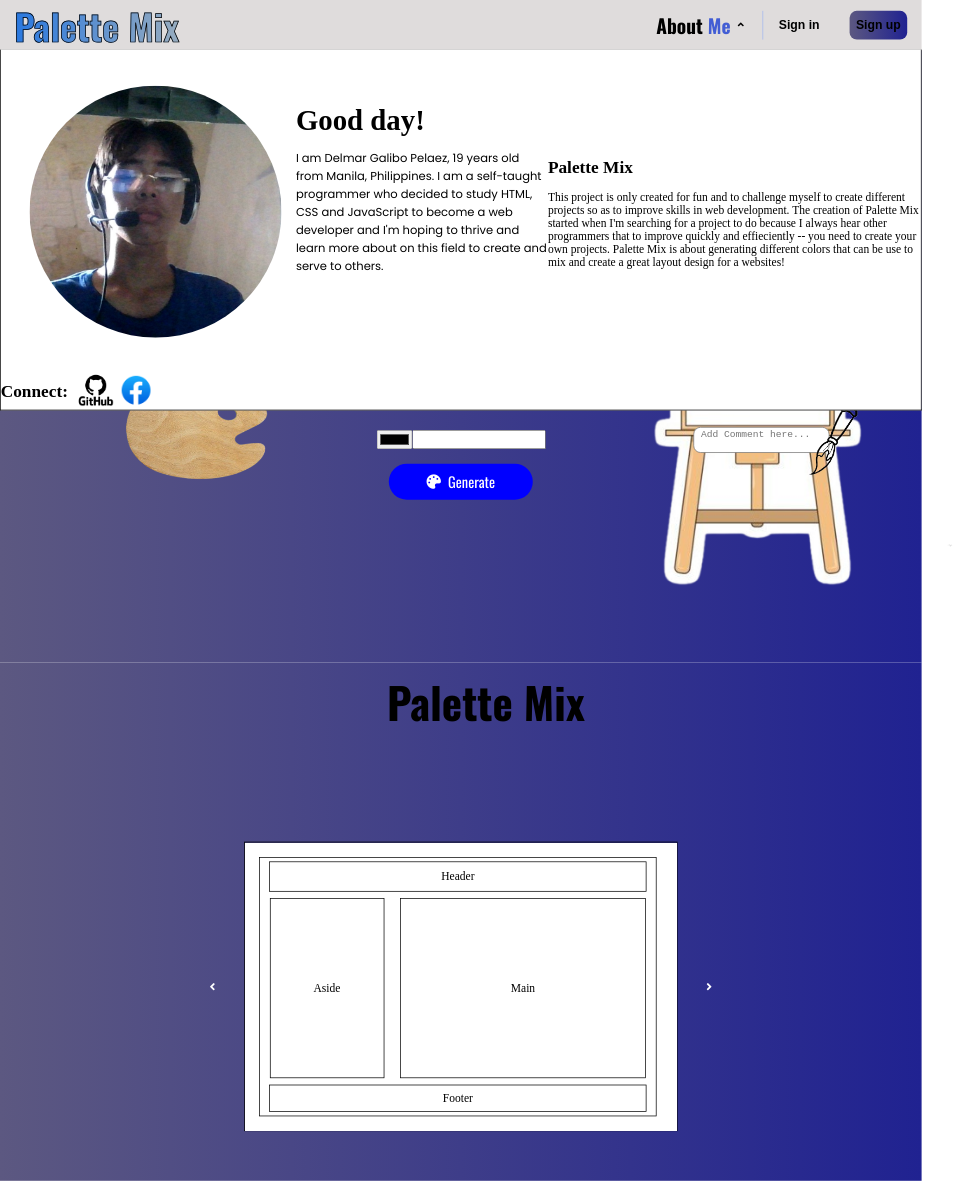
Repository: dmpelaez/Login-Signup-form
Page: Color/colorHeader.html
An editor plug-in stored every save of this project. The page is shown before and after the next save, followed by the edit.
The browser window is 1280 px wide. The page is 1353 px wide, so the pictures cover 1353 px, including what lies to the right of the window. The pictures show the whole page, at 72% of full size.
Some web libraries are served in a nearby version.

Above is the page before, as saved 2025-12-12 18:30:43.

### Color/colorHeader.html
<!DOCTYPE html>

  <html lang="en" dir="ltr">

    <head>

      <title>Palette Mix</title>
      <!--Style-->
      <link rel="stylesheet" href="colorHeader.css">
      <link rel="stylesheet" href="colorMain.css">
      <link rel="stylesheet" href="https://cdnjs.cloudflare.com/ajax/libs/font-awesome/5.14.0/css/all.min.css">
    </head>
    <body>

      <header class="color-header">
        <!--Title-->
        <a href="colorHeader.html">
          <section id="title" class="color-title">
            Palette Mix
          </section>
        </a>

        <!--End-->

        <!--Right side navigation bar-->
        <section class="navigation-bar">

          <!--About me-->
          <button class="about-me">
            <span class="aboutme">About <span class="me-text">Me</span></span>
            <i class="fas fa-angle-up"></i>
          </button>

          <!--Login & Signup form-->
          <div class="signin-signup">
            <button class="sign-in">
              Sign in
            </button>
            <button class="sign-up">
              Sign up
            </button>
          </div>
        </section>
        <!--End-->
        <div class="aboutmeSection">
          <div class="sectionAboutme">

            <img class="imageofme" alt="Creator Image" src="WIN_20241001_13_05_33_Pro.jpg">
            <P class="gd">Good day!</P>
            <p class="introduction">
              I am Delmar Galibo Pelaez, 19 years old from Manila, Philippines.
              I am a self-taught programmer who decided to study HTML, CSS and JavaScript to become
              a web developer and I'm hoping to thrive and learn more about on this field to create and serve to others.
            </p>

          </div>

          <div class="aboutThisProject">
            <h2 class="info-project">Palette Mix</h2>
            <p class="infoPalette">
              This project is only created for fun and to challenge myself to create different projects so as to improve skills in web development.
              The creation of Palette Mix started when I'm searching for a project to do because I always hear other programmers that to improve quickly and effieciently --
              you need to create your own projects. Palette Mix is about generating different colors that can be use to mix and create a great layout design for a websites!
            </p>
          </div>

          <div class="connectSection">
            <div class="contacts">
              <h2 class="connect-text">Connect:</h2>
              <a class="githubLink" href="#" target="_blank">
                 <img class="github" alt="Github" src="download__1_-removebg-preview.png">
              </a>
              <a class="facebook"  href="#" target="_blank">
                <img class="fb"  alt="Facebook" src="facebook-logo (1).png">
              </a>
            </div>

          </div>

        </div>


      </header>

      <main class="mainpage">

        <!--Main page-->
        <div class="main-page">

          <section class="title1">

            <h1 class="intro">Your color palettes generator!</h1>

            <h3 class="little-info">Create the perfect palette and get inspired by thousands of beautiful color schemes.</h3>
            <div class="sliding">
              <div class="colors">
              </div>
              <div class="colors2">
              </div>
              <div class="colors3">
              </div>
               <div class="colors4">
              </div>
            </div>

            <div class="colorSearch">
              <input type="color" class="colorbox">
              <Input type="text"  class="textbox">
              <img class="brush" src="brush.png">
              <img class="plate" src="plate.png">
              <img class="board" src="board.png">
                <div class="comment-section">
                  <h3 class="comment-text">Comment Here!</h3>
                  <ul class="comment-list"></ul>
                  <textarea class="comment-input" placeholder="Add Comment here..."></textarea>
                </div>
              </img>

            </div>

            <button class="generator">
              <i class="fas fa-palette"></i>
              Generate
            </button>
          </section>


        </div>

        <div class="theWhole">
          <div class="paletteText">Palette Mix</div>
          <div class="colorGenerator">
          </div>

          <div class="wholeDesign">
          <i id="leftIcon" class="fas fa-angle-left"></i>
              <div class="divBox">

            <!--Design 1-->


            <div class="divScroll">
              <div  class="div1">
                <div id="randomBox1" class="divpage1">
                  <header id="randomBox2" class="headerDiv1">Header</header>
                  <main  id="randomBox3" class="mainDiv1">
                    <div id="randomBox4" class="asideDiv1">Aside</div>
                    <div id="randomBox5" class="frontDiv1">Main</div>
                  </main>
                  <footer id="randomBox7" class="footerDiv1">Footer</footer>
                </div>
              </div>
              <!--Design 2-->
              <div  class="div2">
                <div id="randomBox1" class="divpage2">
                  <header id="randomBox2" class="headerDiv2">Header</header>
                    <div id="randomBox4" class="asideDiv2">Aside</div>
                    <div id="randomBox5" class="frontDiv2">Main</div>
                  <footer id="randomBox7" class="footerDiv2">Footer</footer>
                </div>
              </div>

              <!--Design 3-->

              <div  class="div3">
                <div id="randomBox1" class="divpage3">
                  <header id="randomBox2" class="headerDiv3">Header</header>
                    <div class="navBar">Navigation</div>
                    <div id="randomBox4" class="asideDiv3">Aside</div>
                    <div id="randomBox4" class="asideDiv32">Aside</div>
                    <div id="randomBox5" class="frontDiv3">Main</div>

                  <footer id="randomBox7" class="footerDiv3">Footer</footer>
                </div>
              </div>

            </div>
          </div>
          <i id="rightIcon"class="fas fa-angle-right"></i>



        </div>

        </div>


      </main>


      <script type="module" src="color.js"></script>

    </body>

  </html>

### Color/colorHeader.css
@import url('https://fonts.googleapis.com/css2?family=Anton&family=Oswald:wght@200..700&family=Poppins:ital,wght@0,100;0,200;0,300;0,400;0,500;0,600;0,700;0,800;0,900;1,100;1,200;1,300;1,400;1,500;1,600;1,700;1,800;1,900&family=Roboto:ital,wght@0,100..900;1,100..900&display=swap');

body {
  margin: 0;
  padding: 0;
}

.color-header {
  display: flex;
  justify-content: space-between;
  align-items: center;
  padding-left: 20px;
  padding-right: 20px;
  background: rgb(223, 220, 220);
  box-sizing: border-box;
  position: fixed;
  right: 0;
  left: 0;
  top: 0;
  height: 70px;
  border-bottom: 1px solid gray;
  z-index: 2;
}
@media (max-width: 670px) {
  .color-header {
    gap: 30px;
  }
}

a {
  text-decoration: none;
  flex-shrink: 0;
}

.color-title {
font-family: "Oswald", sans-serif;
font-weight: bold;
display: flex;
height: 50px;
font-size: 50px;
justify-content: start;
align-items: center;
-webkit-text-stroke: 1px black;
background: linear-gradient(90deg, rgb(41, 120, 224), rgb(150, 171, 190));
-webkit-background-clip: text;
-webkit-text-fill-color: transparent;
transition: all 0.3s ease;
cursor: pointer;
flex-shrink: 0;
}




.navigation-bar {
  display: Flex;
  justify-content: space-between;
  align-items: center;
  gap: 20px;
  height: 50px;
}
.signin-signup {
  display: Flex;
  border-left: 1px solid rgb(162, 183, 240);
  justify-content: space-between;
  align-items: center;
  gap: 30px;
  height: 40px;
  padding-left: 10px;
}

.sign-up {
  height: 40px;
  width: 80px;
  border-radius: 10px;
  border: none;
  background: transparent;
  color: black;
  font-family: arial;
  font-weight: bold;
  font-size: 17px;
  cursor: pointer;
  background: linear-gradient(90deg, rgb(92, 88, 129), rgb(32, 34, 145));
}
.sign-in {
  height: 40px;
  width: 80px;
  border-radius: 10px;
  border: none;
  background: transparent;
  color: black;
  font-family: arial;
  font-weight: bold;
  font-size: 17px;
  cursor: pointer;

}
.sign-in:hover,
.sign-up:hover {
background: linear-gradient(90deg, rgb(92, 88, 129), rgb(32, 34, 145));
  color: white;
}
.about-me {
  display: flex;
  justify-content: space-evenly;
  height: 40px;
  align-items: center;
  background-color: transparent;
  border: none;
  cursor: pointer;
  border-radius: 5px;
  flex-shrink: 0;
}
.about-me:hover {
  color: white;
  background: linear-gradient(90deg, rgb(92, 88, 129), rgb(32, 34, 145));
}
.aboutme {
  font-weight: bold;
  font-size: 27px;
  font-family: "Oswald";

}

.me-text {
  margin-right: 10px;
  color: rgb(66, 93, 212);
}

### Color/colorMain.css
@import url('https://fonts.googleapis.com/css2?family=Anton&family=Luckiest+Guy&family=Oswald:wght@200..700&family=Poppins:ital,wght@0,100;0,200;0,300;0,400;0,500;0,600;0,700;0,800;0,900;1,100;1,200;1,300;1,400;1,500;1,600;1,700;1,800;1,900&family=Roboto:ital,wght@0,100..900;1,100..900&display=swap');

body {
  height: 1580px;
}

.mainpage {
margin-top: 70px;
display: grid;
max-width: 1900px;
flex-shrink: 0;
position: relative;
}



.main-page {

}
.intro {
  font-weight: bold;
  font-size: 95px;
  white-space: wrap;
  font-family: "Oswald";
  flex-shrink: 0;
  display: flex;
  margin: 0px;
}


.aboutmeSection {
  display: grid;
  position: absolute;
  border: 1px solid black;
  background-color: white;
  left: 0;
  top: 100%;
  right: 0%;
  border-top: none;
  height: 500px;
  justify-content: space-between;
  align-items: center;
  grid-template-columns: 1fr 1fr;
  grid-template-rows: 1fr 50px;
}
.sectionAboutme {
  display: flex;
  height: 200px;
  justify-content: center;
 align-items: center;
 position: relative;
 gap: 20px;
 padding-left: 40px;
}
.imageofme {
  width: 350px;
  height: 350px;
  object-fit: cover;
  border-radius: 50%;
}
.introduction {
  width: 350px;
  font-family: "Poppins";
}
.gd {
  font-weight: bold;
  font-size: 40px;
  white-space: nowrap;
  position: absolute;
  top: -90px;
  left: 410px;
}
.contacts {
  display: flex;
  align-items: center;
}
.fb {
  width: 40px;

}
.github {
  width: 75px;
}




.title1 {
  display: flex;
  flex-direction: column;
    width: 100%;
  height: 800px;
  justify-content: start;
  position: relative;
  padding-top: 50px;
  align-items: center;
 background: linear-gradient(90deg, rgb(92, 88, 129), rgb(32, 34, 145));
 transition: background 6s ease;

}


.animate-gradient {
  animation: gradientShift 6s infinite alternate;
}

.little-info {

  font-size: 19px;
  color: rgb(0, 0, 0);
  font-family: "Poppins";
}

.letters {
  display: inline-block;
  margin: 2px;
}

.letters:hover {
  cursor: pointer;
  transition: text-shadow 0.3s ease;

  animation: wiggle 0.2s infinite alternate;
}


@keyframes wiggle {
  from {transform: translateX(0);}
  to {transform: translateX(-10px);}
}
.colors,
.colors2,
.colors3,
.colors4  {
  display: flex;

   width: 500px;
  height: 150px;
  justify-content: center;

   gap: 10px;
}
.colors div,
.colors2 div,
.colors3 div,
.colors4 div {
  display: Flex;
  height: 145px;
  flex-direction: row;
  width: 200px;
  justify-content: center;
}
.box {
  display: Flex;
  align-items: center;
  justify-content: center;
  font-weight: bold;
  font-size: 19px;
  text-transform: uppercase;
  cursor: pointer;

  border-radius: 10px;
}
.sliding {

  height: 250px;
 position: relative;
 overflow: hidden;
 margin-bottom: 20px;
}
.colors,
.colors2,
.colors3,
.colors4 {
  animation: scrollUp 6s linear infinite;

}


@keyframes scrollUp {
  0%   { transform: translateY(0); }
  25%   { transform: translateY(-50%); }
  50%   { transform: translateY(-100%); }
  75%   { transform: translateY(-150%); }
  100% { transform: translateY(-205%); }
}

.colorSearch {
  display: Flex;
  position: relative;
}
.brush {
  position: absolute;
  width: 300px;
  object-fit: cover;
  z-index: 1;
  top: -250px;
  right: -580px;
  pointer-events: none;
}
.plate {
  position: absolute;
  width: 200px;
  left: -350px;
  top: -70px;


}
.board {
  position: absolute;
  width: 600px;
  top: -330px;
  left: 230px;
  pointer-events: none;
}

.comment-section {
  position: absolute;
  right: -394px;
  bottom: -20%;
  display: flex;
  flex-direction: column;
  height: 250px;
  justify-content: end;
  text-align: center;

}
.comment-list {
position: absolute;
bottom: 10%;
display: flex;
align-items: left;
justify-content: start;

gap: 10px;
height: 140px;
width: 189px;
padding: 0;
left: -16px;
flex-direction: column;
overflow-y: scroll;
padding-left: 10px;
}
.comment-text {
  margin: 0px;
  Position: absolute;
  top: 45px;
  left: 20px;
  white-space: nowrap;
}
.comment-input {
display: flex;
position: initial;
padding-left: 10px;
text-align: middle;
align-items: center;
justify-content: center;
border-radius: 10px;
outline: none;
}
.comments {
  display: flex;
  justify-content: start;
  text-align: left;
  width: 160px;
  white-space: normal;
  word-wrap: break-word;
  word-break: break-all;
  overflow-wrap: break-word;
  border: 1px solid gray;
  padding: 10px;
  padding-right: 0px;
}


.generator {
  display: flex;
  background: blue;
  border: none;
  border-radius: 50px;
  height: 50px;
  align-items: center;
  justify-content: center;
  margin-top: 20px;
  width: 200px;
  font-family: "Oswald";
  font-size: 20px;
  color: white;
  cursor: pointer;
}
.generator i {
  margin-right: 10px;
}

.colorGenerator {
  display: flex;


  height: 200px;
  width: 100%;
  align-self: center;
 justify-self: center;
 align-items: center;
 justify-content: center;
 gap: 10px;

}
.generateColor {
  display: flex;
  border-width: 1px;
  border-radius: solid;
  width: 200px;
  height: 100px;
  justify-content: center;
  align-items: center;
  cursor: pointer;
  color: black;
}

.paletteText {
  font-weight: bold;
  font-family: "Oswald";
  font-size: 60px;
  position: absolute;
  left: 42%;
  top: 0;
  right: 50%;
  white-space: nowrap;
  top: 10px;

}

.theWhole {
  height: 100vh;
  display: flex;
  flex-direction: column;
  justify-content: center;
  align-items: center;
  position: relative;
 background: linear-gradient(90deg, rgb(92, 88, 129), rgb(32, 34, 145));
}

.divBox {
  border: 1px solid black;
  height: 400px;
  width: 600px;
  display: flex;
  align-items: center;
  justify-content: center;
  align-self: center;
  justify-self: center;
  gap: 20px;
  background-color: white;
  overflow-x: auto;
  scroll-behavior: smooth;
  position: relative;
}
.divBox::-webkit-scrollbar {
  display: none;
}
.wholeDesign {
  display: flex;
  justify-content: center;
  align-items: center;
  margin-bottom: 20px;
}


.divBox i {
  cursor: pointer;
  margin-right: 10px;
  margin-left: 10px;

}

.divScroll {
  display: flex;
  justify-content: space-evenly;
  height: 90%;
  min-width: 90%;
  position: absolute;
  left: 20px;
  background-color: white;
  gap: 30px;

}

.div1{
  display: grid;
  border: 1px solid black;
  min-height: 90%;
  width: 550px;
  flex-direction: column;
  z-index: 1;


}


.div2 {
 display: grid;
  border: 1px solid black;
  min-height: 90%;
  width: 550px;
  flex-direction: column;
  z-index: 1;

}
.div3 {
  display: grid;
  border: 1px solid black;
  min-height: 90%;
  width: 550px;
  flex-direction: column;
  z-index: 1;
  margin-right: 20px;

}





.divpage1 {
  display: flex;
   z-index: 2;
   flex-direction: column;
  height: 100%;
  min-width: 100%;
  justify-content: space-between;
  align-items: center;

}

.headerDiv1 {
  display: flex;
  align-items: center;
  justify-content: center;
  height: 40px;
  border: 1px solid black;
  min-width: 95%;
  margin-top: 5px;
  z-index: 2;
  background-color: white;
}
.mainDiv1{
  display: flex;
   z-index: 2;
  height: 70%;
  min-width: 95%;
  justify-content: space-between;

}
.footerDiv1 {
  display: flex;
  border: 1px solid black;
  min-width: 95%;
  justify-content: center;
  height: 10%;
  align-items: center;
  margin-bottom: 5px;
    z-index: 2;
    background-color: white;
}
.asideDiv1 {
  border: 1px solid black;
  min-width: 30%;
  display: flex;
  align-items: center;
  justify-content: center;
  z-index: 2;
  background-color: white;
}
.frontDiv1 {
  display: flex;
  border: 1px solid black;
  min-width: 65%;
  justify-content: center;
  align-items: center;
  z-index: 2;
  background-color: white;
}





.divpage2 {
  display: grid;
grid-template-columns: 150px 1fr 1fr 1fr;
grid-template-rows: 150px 1fr 1fr 1fr;
row-gap: 10px;
column-gap: 10px;
margin: 10px;
}
.headerDiv2 {
  grid-row: 1 / 3 span;
  display: flex;
  justify-content: center;
  align-items: center;
  border: 1px solid black;
  background-color: white;
}

.footerDiv2 {
  grid-row: 4 / 1 span;
  grid-column: 4 span;
  display: flex;
  justify-content: center;
  align-items: center;
  border: 1px solid black;
  background-color: white;
}


.frontDiv2 {
grid-column: 2 / 3 span;
grid-row: 1 / 2 span;
display: flex;
justify-content: center;
align-items: center;
border: 1px solid black;
background-color: white;
}
.asideDiv2 {
  grid-column: 2 / 3 span;
  display: flex;
  justify-content: center;
  align-items: center;
  border: 1px solid black;
  background-color: white;
}




.divpage3 {
  display: grid;
  grid-template-columns: 150px 1fr 150px;
  grid-template-rows: 50px 40px 1fr 1fr 40px;
  row-gap: 10px;
  column-gap: 10px;
  margin: 10px;

}
.headerDiv3 {
  grid-column: 1 / 3 span;
  display: flex;
  justify-content: center;
  align-items: center;
  border: 1px solid black;
  background-color: white;
}
.navBar {
  grid-column: 1 / 3 span;
  display: flex;
  justify-content: center;
  align-items: center;
  border: 1px solid black;
background-color: white;
}
.asideDiv3 {
  display: flex;
  border: 1px solid black;
  justify-content: center;
  align-items: center;
background-color: white;
}
.asideDiv32 {
  display: Flex;
  border: 1px black solid;
  grid-row: 4;
  justify-content: center;
  align-items: center;
  background-color: white;
}
.frontDiv3 {
  display: flex;
  justify-content: center;
  align-items: center;
  border: 1px solid black;
  grid-row: 3 / 2 span;
  grid-column: 2 / 2 span;
  background-color: white;
}
.footerDiv3 {
  display: Flex;
  align-items: center;
  justify-content: center;
  border: 1px solid black;
  grid-column: 1 / 3 span;
  background-color: white;
}




#leftIcon {
  cursor: pointer;
  color: white;
  margin-right: 20px;
  padding: 20px;
}
#rightIcon {
  cursor: pointer;
  margin-left: 20px;
  padding: 20px;
 color: white;
}

Loaded but not shown: Color/color.js (458 lines, source omitted)

After the next save:
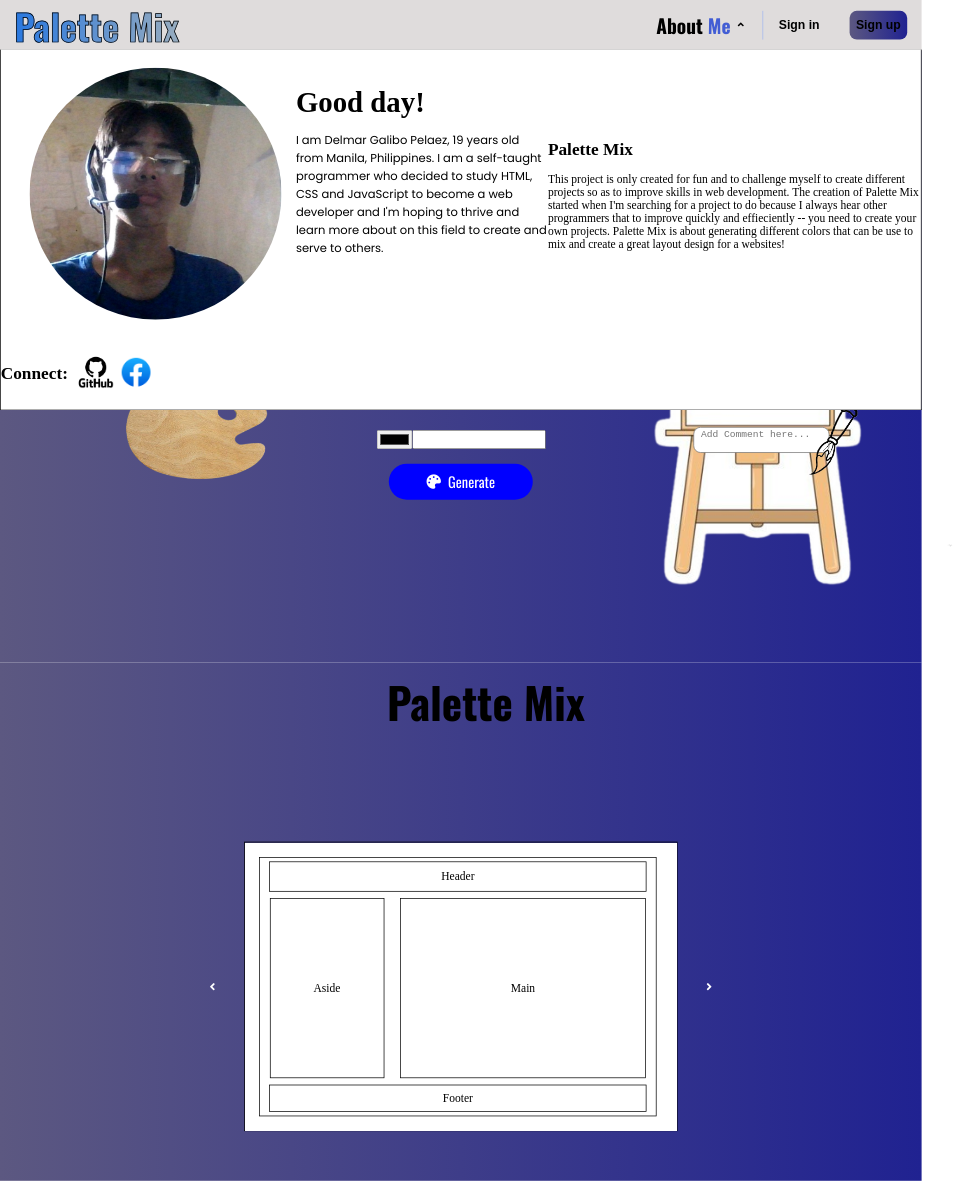
Saved 6 s later.
--- a/Color/colorMain.css
+++ b/Color/colorMain.css
@@ -41,7 +41,7 @@ position: relative;
   justify-content: space-between;
   align-items: center;
   grid-template-columns: 1fr 1fr;
-  grid-template-rows: 1fr 50px;
+  grid-template-rows: 1fr 100px;
 }
 .sectionAboutme {
   display: flex;
